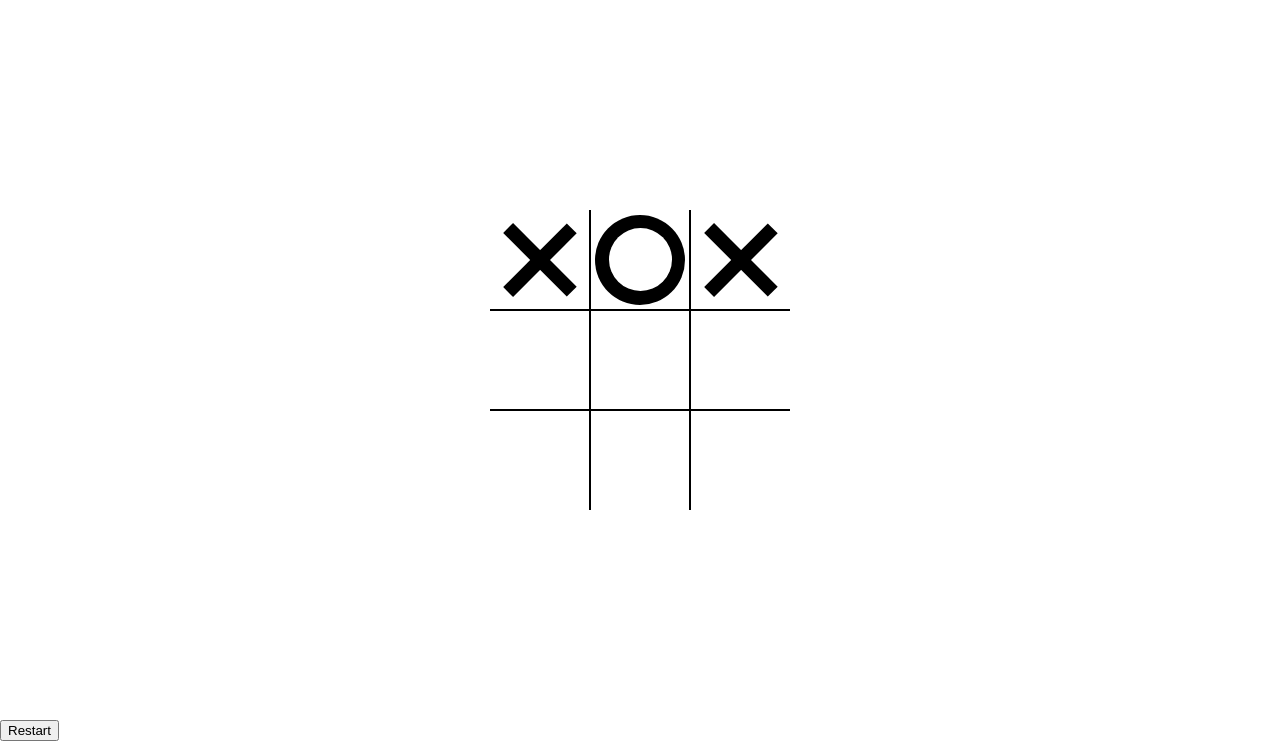
Repository: divya2/tic-toc-toe
Page: index.html
These files come from the project's save history. The page is drawn as it stood at one moment and after the next save; the edit follows.
The browser window is 1280 px wide. The pictures show the whole page.
The pointer rests on the first visible `.board.x .cell:not(.x):not(.circle)`.

Above is the page before, as saved 2020-10-29 21:47:07.
Not found: script.js

After the next save:
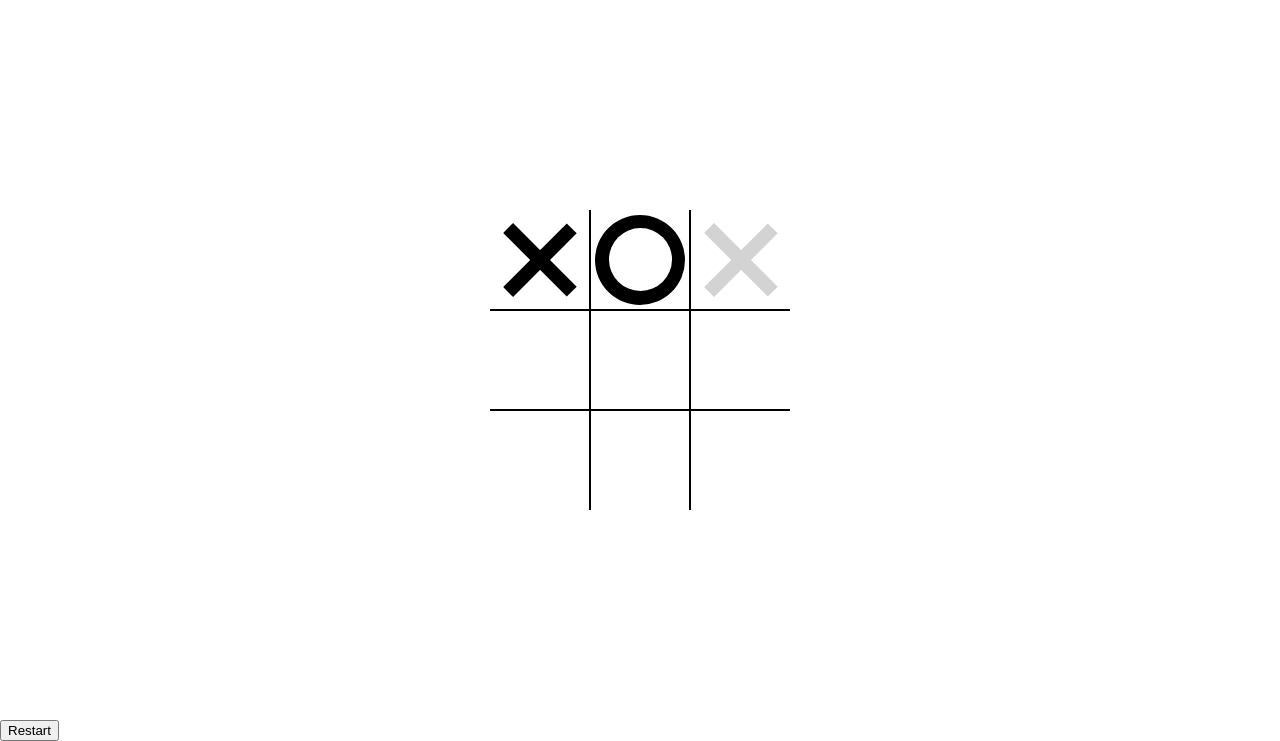
Saved 61 s later.
--- a/styles.css
+++ b/styles.css
@@ -64,7 +64,7 @@ body {
 
 .board.x .cell:not(.x):not(.circle):hover::before,
 .board.x .cell:not(.x):not(.circle):hover::after{
-    background-color: lightgrey;
+    background-color: lightgrey !important;
 }
 
 .cell.x::before,
